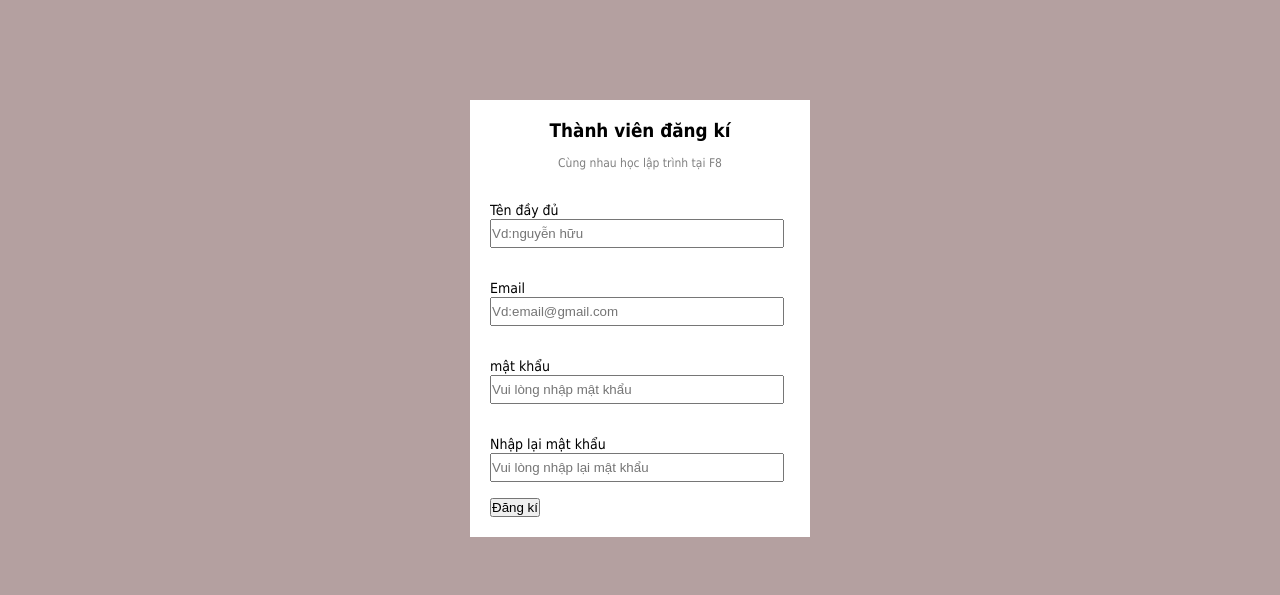
Repository: HuunvDev/Validator
Page: index.html
The author's editor kept a copy of each file at every save. The page is drawn from the files as they stood at one save, then again after the next save.
The browser window is 1280 px wide. The pictures show the whole page.

Above is the page before, as saved 2022-08-20 09:28:21.

After the next save:
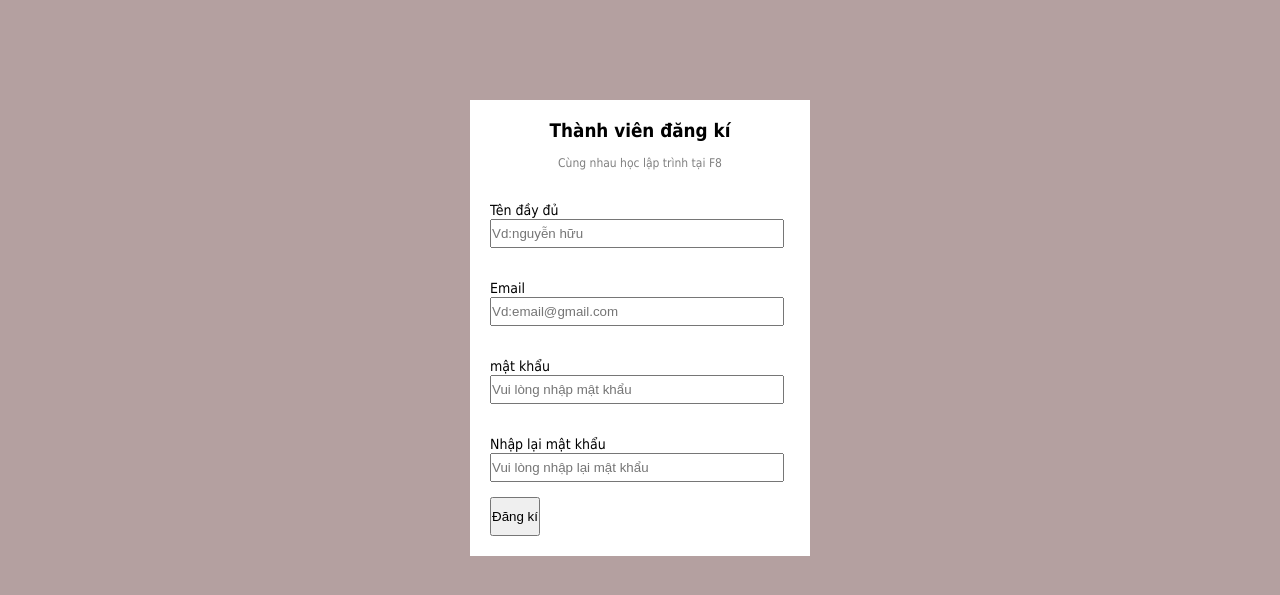
Saved 9 s later.
--- a/style.css
+++ b/style.css
@@ -37,5 +37,5 @@ input {
     height: 25px;
 }
 button{
-    padding:
+    padding:10px 0;
 }
